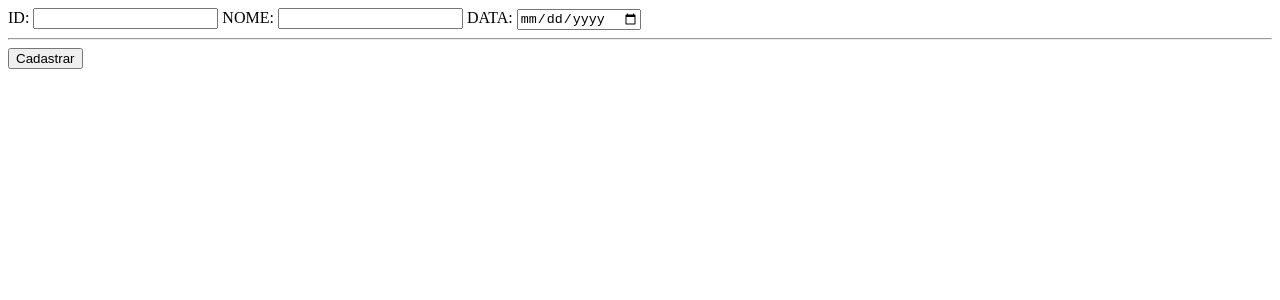
Repository: Andrepeduti/Spring-Tool
Page: workspace-sts-3.9.12.RELEASE/service-api-1-dia/src/main/resources/index.html
An editor plug-in stored every save of this project. The page is shown before and after the next save, followed by the edit.
The browser window is 1280 px wide. The pictures show the whole page.
Some web libraries are served in a nearby version.

Above is the page before, as saved 2020-10-05 12:27:01.

After the next save:
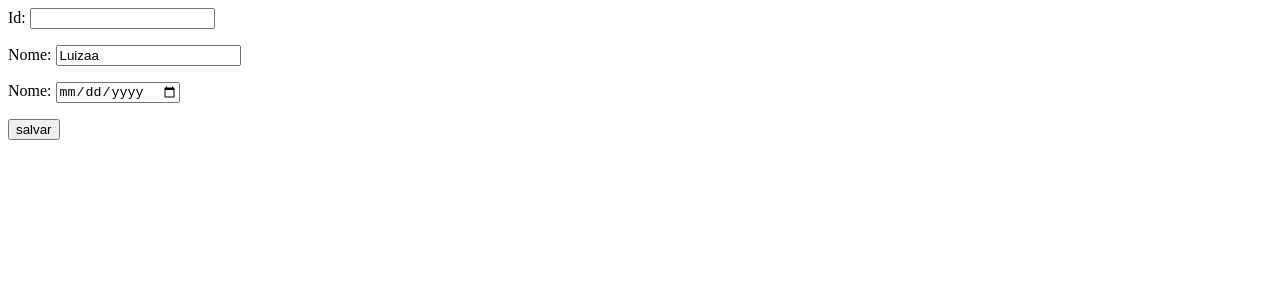
Saved 10 min 59 s later.
--- a/workspace-sts-3.9.12.RELEASE/service-api-1-dia/src/main/resources/index.html
+++ b/workspace-sts-3.9.12.RELEASE/service-api-1-dia/src/main/resources/index.html
@@ -1,19 +1,25 @@
-<!DOCTYPE html>
 <html>
-<head>
-<title>Page Title</title>
-</head>
+    <head>
+        <script src="https://ajax.googleapis.com/ajax/libs/angularjs/1.6.9/angular.min.js"></script>
+        <script src="controller.js"></script>
 
+    </head>
 <body>
+    <div ng-app="myApp" ng-controller="myCtrl">
 
-<form>
-ID:
-<input type="number">
-NOME:
-<input type="text">
-DATA:
-<input type="date"> <HR>
-<input type="submit" value="Cadastrar">
-</form>
+            <form  >
+
+                Id: <input type="number" ng-model="id" readonly ></p>
+               Nome: <input type="text" ng-model="nome" ></p>
+                 Nome: <input type="date" ng-model="data" ></p>
+
+
+                <button class="btn btn-success mb-4" ng-click="salvar()">salvar</button>
+
+
+            </form>
+
+    </div>
+
 </body>
 </html>
